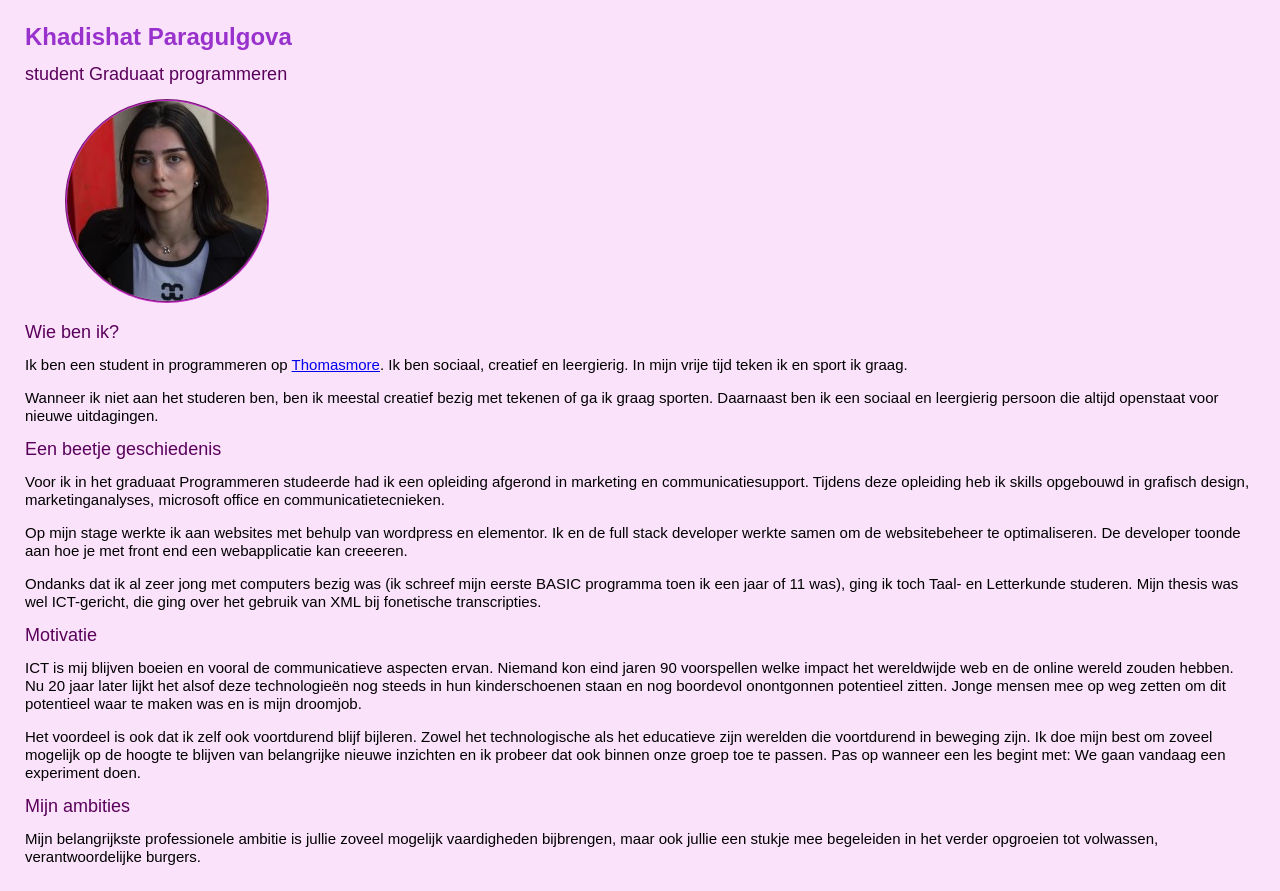
Repository: khadishat00/portfolio
Page: index.html
The author's editor kept a copy of each file at every save. The page is drawn from the files as they stood at one save, then again after the next save.
The browser window is 1280 px wide. The pictures show the whole page.

Above is the page before, as saved 2026-09-24 15:22:16.

### index.html
<!doctype html>
<html lang="en">
  <head>
    <meta charset="UTF-8" />
    <meta name="viewport" content="width=device-width, initial-scale=1.0" />
    <title>portfolio</title>
  </head>
  <style>
    html {
      font-family: Arial, sans-serif;
    }
    body {
      background-color: rgba(247, 200, 246, 0.509);
      margin: 25px;
    }
    h1 {
      font-family: "Century Gothic", sans-serif;
      color: darkorchid;
      font-weight: bold;
      font-size: 24px;
      line-height: 24px;
    }
    h2 {
      font-family: sans-serif;
      color: rgb(90, 0, 90);
      font-weight: normal;
      font-size: 18px;
      line-height: 18px;
    }
    p {
      font-family: Arial;
      color: black;
      font-size: 15px;
      line-height: 18px;
      font-weight: normal;
      padding:;
    }

    figure {
      display: block;
      margin-block-start: 1em;
      margin-block-end: 1em;
      margin-inline-start: 40px;
      margin-inline-end: 40px;
      unicode-bidi: isolate;
    }

    img {
      max-width: 100%;
      border: 2px groove;
      border-radius: 50%;
      border-color: rgb(199, 44, 199);
    }
  </style>

  <body>
    <header>
      <h1>Khadishat Paragulgova</h1>
      <h2>student Graduaat programmeren</h2>
      <figure>
        <img src="profielfoto.jpg" alt="Mijn profielfoto" />
      </figure>
    </header>
    <main>
      <h2>Wie ben ik?</h2>
      <p>
        Ik ben een student in programmeren op
        <a href="https://thomasmore.be/nl">Thomasmore</a>. Ik ben sociaal,
        creatief en leergierig. In mijn vrije tijd teken ik en sport ik graag.
      </p>
      <p>
        Wanneer ik niet aan het studeren ben, ben ik meestal creatief bezig met
        tekenen of ga ik graag sporten. Daarnaast ben ik een sociaal en
        leergierig persoon die altijd openstaat voor nieuwe uitdagingen.
      </p>

      <h2>Een beetje geschiedenis</h2>
      <p>
        Voor ik in het graduaat Programmeren studeerde had ik een opleiding
        afgerond in marketing en communicatiesupport. Tijdens deze opleiding heb
        ik skills opgebouwd in grafisch design, marketinganalyses, microsoft
        office en communicatietecnieken.
      </p>
      <p>
        Op mijn stage werkte ik aan websites met behulp van wordpress en
        elementor. Ik en de full stack developer werkte samen om de
        websitebeheer te optimaliseren. De developer toonde aan hoe je met front
        end een webapplicatie kan creeeren.
      </p>
      <p>
        Ondanks dat ik al zeer jong met computers bezig was (ik schreef mijn
        eerste BASIC programma toen ik een jaar of 11 was), ging ik toch Taal-
        en Letterkunde studeren. Mijn thesis was wel ICT-gericht, die ging over
        het gebruik van XML bij fonetische transcripties.
      </p>

      <h2>Motivatie</h2>
      <p>
        ICT is mij blijven boeien en vooral de communicatieve aspecten ervan.
        Niemand kon eind jaren 90 voorspellen welke impact het wereldwijde web
        en de online wereld zouden hebben. Nu 20 jaar later lijkt het alsof deze
        technologieën nog steeds in hun kinderschoenen staan en nog boordevol
        onontgonnen potentieel zitten. Jonge mensen mee op weg zetten om dit
        potentieel waar te maken was en is mijn droomjob.
      </p>
      <p>
        Het voordeel is ook dat ik zelf ook voortdurend blijf bijleren. Zowel
        het technologische als het educatieve zijn werelden die voortdurend in
        beweging zijn. Ik doe mijn best om zoveel mogelijk op de hoogte te
        blijven van belangrijke nieuwe inzichten en ik probeer dat ook binnen
        onze groep toe te passen. Pas op wanneer een les begint met: We gaan
        vandaag een experiment doen.
      </p>

      <h2>Mijn ambities</h2>
      <p>
        Mijn belangrijkste professionele ambitie is jullie zoveel mogelijk
        vaardigheden bijbrengen, maar ook jullie een stukje mee begeleiden in
        het verder opgroeien tot volwassen, verantwoordelijke burgers.
      </p>
    </main>
  </body>
</html>

After the next save:
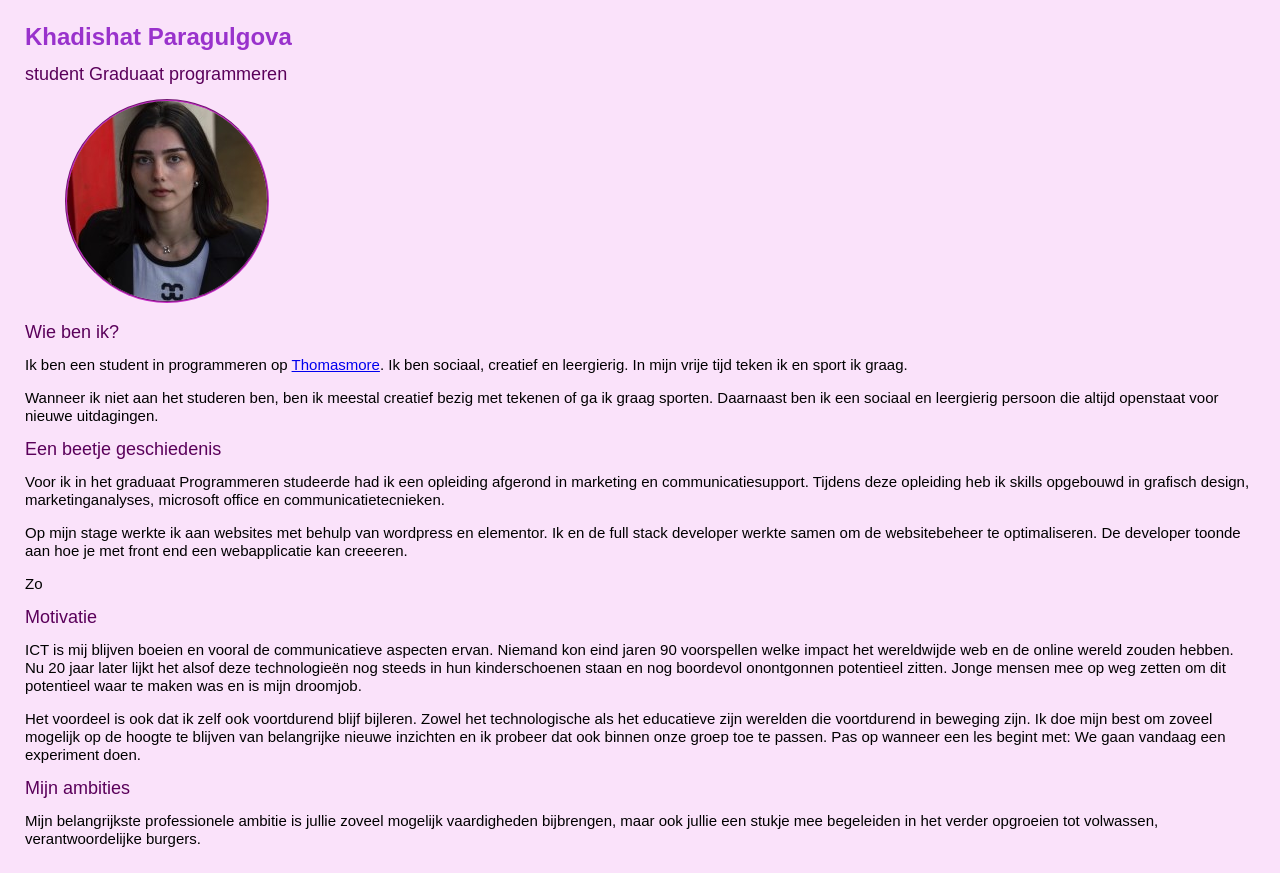
Saved 9 s later.
--- a/index.html
+++ b/index.html
@@ -88,10 +88,7 @@
         end een webapplicatie kan creeeren.
       </p>
       <p>
-        Ondanks dat ik al zeer jong met computers bezig was (ik schreef mijn
-        eerste BASIC programma toen ik een jaar of 11 was), ging ik toch Taal-
-        en Letterkunde studeren. Mijn thesis was wel ICT-gericht, die ging over
-        het gebruik van XML bij fonetische transcripties.
+        Zo
       </p>
 
       <h2>Motivatie</h2>
